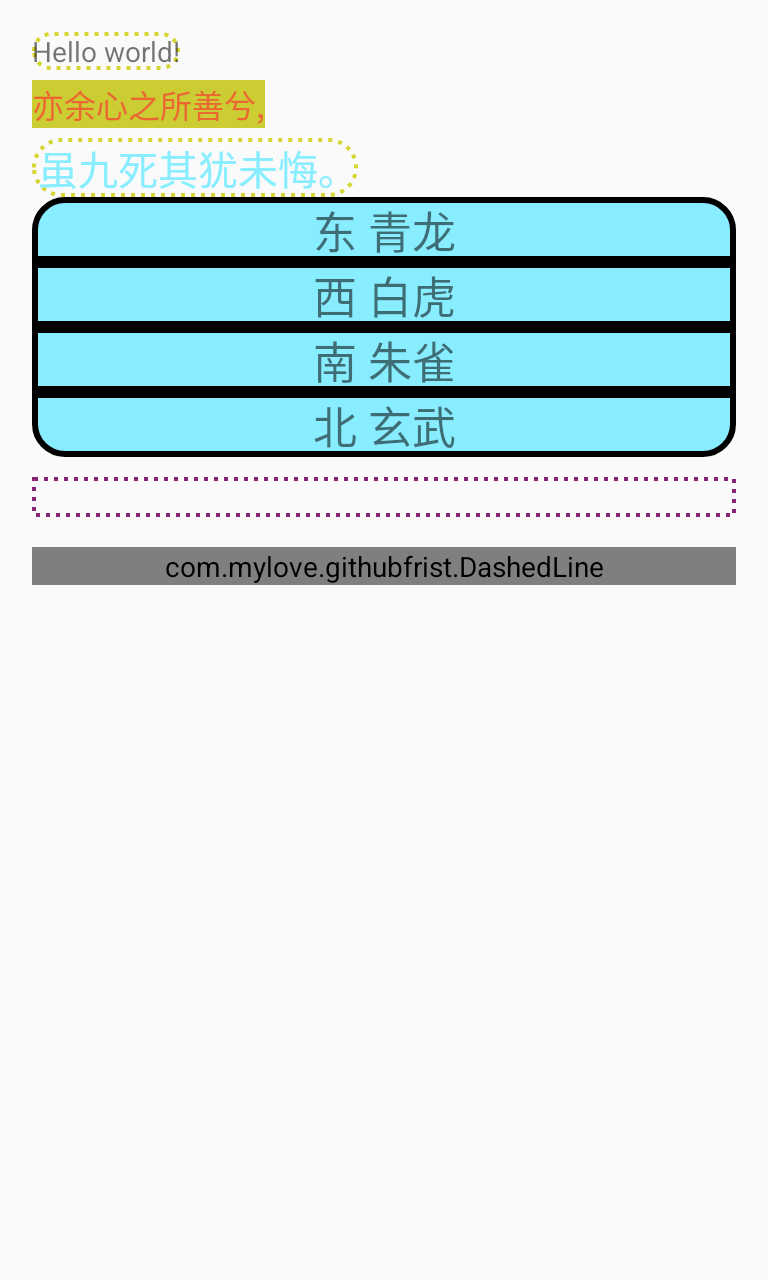
Repository: duhei/cici
Layout: GitHubFrist/res/layout/activity_main.xml
The author's editor kept a copy of each file at every save. The layout is drawn from the files as they stood at one save, then again after the next save.
Pictures or frames that could not be fetched are drawn as grey boxes. It is drawn on a 768 x 1280 px phone screen (xhdpi) without system bars, with theme AppTheme; the app's code is not run.

Above is the layout before, as saved 2015-07-10 09:32:40.

### GitHubFrist/res/layout/activity_main.xml
<LinearLayout xmlns:android="http://schemas.android.com/apk/res/android"
    xmlns:tools="http://schemas.android.com/tools"
    android:layout_width="match_parent"
    android:layout_height="match_parent"
    android:paddingBottom="@dimen/activity_vertical_margin"
    android:paddingLeft="@dimen/activity_horizontal_margin"
    android:paddingRight="@dimen/activity_horizontal_margin"
    android:paddingTop="@dimen/activity_vertical_margin"
    tools:context="com.mylove.githubfrist.MainActivity"
    android:orientation="vertical"
    >

    <TextView
        android:layout_width="wrap_content"
        android:layout_height="wrap_content"
        android:text="@string/hello_world"
        android:background="@drawable/corner_shape"
        />

    <TextView
        style="@style/warp_content"
        android:text="@string/lisao1"
        android:background="#FFCCCC33"
        android:textColor="#99FF2233"
        android:textSize="16dp"
        />

    <TextView
        style="@style/warp_textCol"
        android:layout_width="wrap_content"
        android:layout_height="wrap_content"
        android:background="@drawable/corner_shape"
        android:paddingLeft="3dp"
        android:text="@string/lisao2" />

    <TextView
        android:layout_width="match_parent"
        android:layout_height="wrap_content"
        android:background="@drawable/con_shape_top"
        android:text="@string/east"
        android:textSize="22dp"
        android:gravity="center"

        />

    <TextView
        android:layout_width="match_parent"
        android:layout_height="wrap_content"
        android:text="@string/west"
        android:textSize="22dp"
        android:gravity="center"
        android:background="@drawable/stroke_shape"
        />

    <TextView
        android:layout_width="match_parent"
        android:layout_height="wrap_content"
        android:text="@string/south"
        android:textSize="22dp"
        android:gravity="center"
        android:background="@drawable/stroke_shape"
        />

    <TextView
        android:layout_width="match_parent"
        android:layout_height="wrap_content"
        android:background="@drawable/con_shape_bottom"
        android:text="@string/nouth"
        android:textSize="22dp"
        android:gravity="center"
        />

    <TextView
       	android:layout_width="match_parent"
       	android:layout_height="20dp"
       	android:layout_marginTop="10dp"
       	android:background="@drawable/line_shape"
        />

    <ImageView
        android:layout_marginTop="15dp"
        android:layout_width="match_parent"
        android:layout_height="wrap_content"
        android:background="@drawable/line_shape"

        />

    <com.mylove.githubfrist.DashedLine
        android:layout_width="match_parent"
        android:layout_height="wrap_content"
        ></com.mylove.githubfrist.DashedLine>

</LinearLayout>

### GitHubFrist/res/values/strings.xml
<?xml version="1.0" encoding="utf-8"?>
<resources>

    <string name="app_name">GitHubFrist</string>
    <string name="hello_world">Hello world!</string>
    <string name="action_settings">Settings</string>

    <string name="lisao1">亦余心之所善兮,</string>
    <string name="lisao2">虽九死其犹未悔。</string>

    <string name="east">东 青龙</string>
    <string name="west">西 白虎</string>
    <string name="south">南 朱雀</string>
    <string name="nouth">北 玄武</string>
</resources>

### GitHubFrist/res/drawable-hdpi/corner_shape.xml
<?xml version="1.0" encoding="utf-8"?>
<shape xmlns:android="http://schemas.android.com/apk/res/android" >

    <corners android:radius="20dp"/>

    <stroke android:width="2dp"
        android:dashGap="3dp"
        android:dashWidth="2dp"
        android:color="#FFD5D533"/>

</shape>

### GitHubFrist/res/drawable-hdpi/con_shape_top.xml
<?xml version="1.0" encoding="utf-8"?>
<shape xmlns:android="http://schemas.android.com/apk/res/android" >

    <corners android:topLeftRadius="15dp"
        android:topRightRadius="15dp"
        android:bottomLeftRadius="0dp"
        android:bottomRightRadius="0dp"
        />

    <gradient android:startColor="#FF88EEFF"
        android:centerColor="#FF88EEFF"
        android:endColor="#FF88EEFF"/>

    <stroke android:width="3dp"
        android:color="#FF000000"/>

</shape>

### GitHubFrist/res/drawable-hdpi/stroke_shape.xml
<?xml version="1.0" encoding="utf-8"?>
<shape xmlns:android="http://schemas.android.com/apk/res/android" >

    <stroke
        android:width="3dp"
        android:color="#FF000000"
        />

    <gradient
        android:startColor="#FF88EEFF"
        android:endColor="#FF88EEFF"
        />

</shape>

### GitHubFrist/res/drawable-hdpi/con_shape_bottom.xml
<?xml version="1.0" encoding="utf-8"?>
<shape xmlns:android="http://schemas.android.com/apk/res/android"
    android:shape="rectangle">

    <corners android:topLeftRadius="0dp"
        android:topRightRadius="0dp"
        android:bottomLeftRadius="15dp"
        android:bottomRightRadius="15dp"
        />

    <gradient android:startColor="#FF88EEFF"
        android:centerColor="#FF88EEFF"
        android:endColor="#FF88EEFF"/>

    <stroke android:width="3dp"
        android:color="#FF000000"/>
</shape>

### GitHubFrist/res/drawable-hdpi/line_shape.xml
<?xml version="1.0" encoding="utf-8"?>
<shape xmlns:android="http://schemas.android.com/apk/res/android" >

    <stroke
        android:width="2dp"
        android:color="#FF882277"
        android:dashGap="3dp"
        android:dashWidth="2dp"
        />

</shape>

Loaded but not shown: GitHubFrist/res/values/styles.xml (common file); GitHubFrist/res/values-v11/styles.xml (common file); GitHubFrist/res/values-v14/styles.xml (common file); GitHubFrist/res/values/dimens.xml (common file); GitHubFrist/res/values-w820dp/dimens.xml (common file)

After the next save:
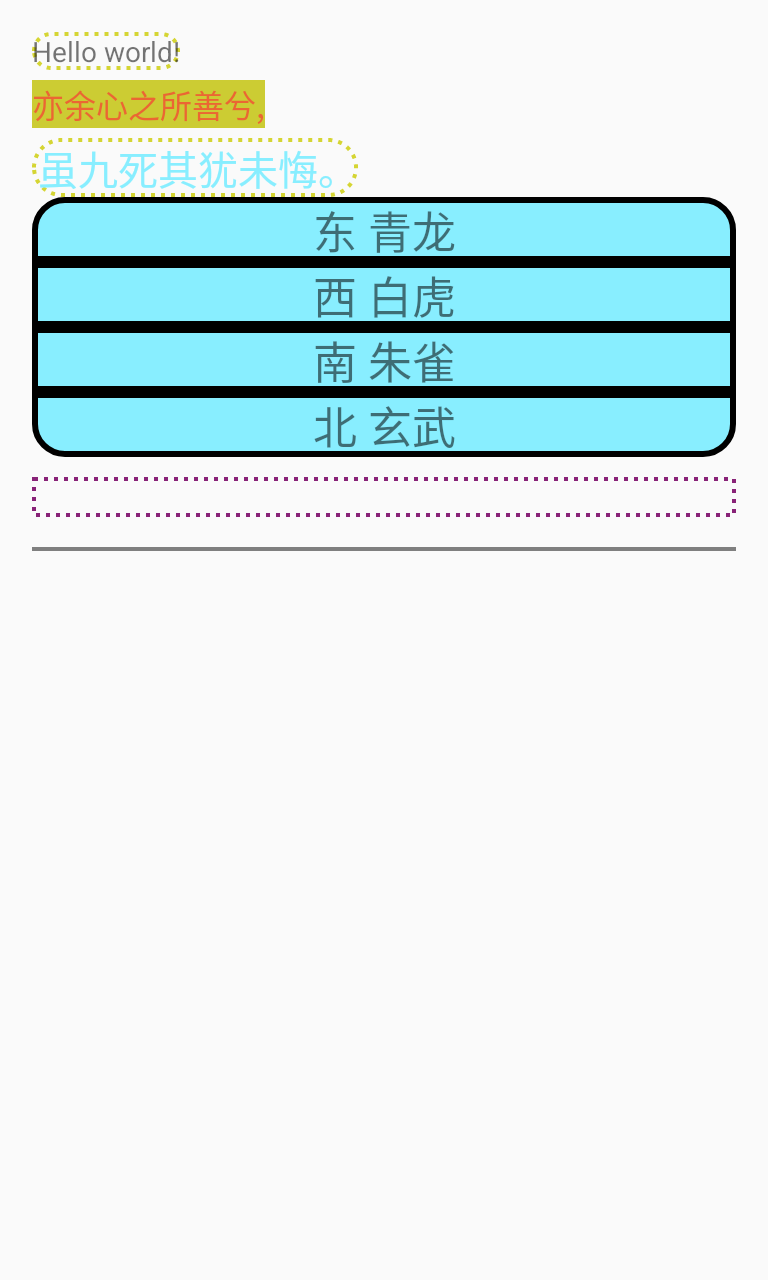
Saved 23 s later.
--- a/GitHubFrist/res/layout/activity_main.xml
+++ b/GitHubFrist/res/layout/activity_main.xml
@@ -87,7 +87,7 @@
 
     <com.mylove.githubfrist.DashedLine
         android:layout_width="match_parent"
-        android:layout_height="wrap_content"
+        android:layout_height="2dp"
         ></com.mylove.githubfrist.DashedLine>
 
 </LinearLayout>
